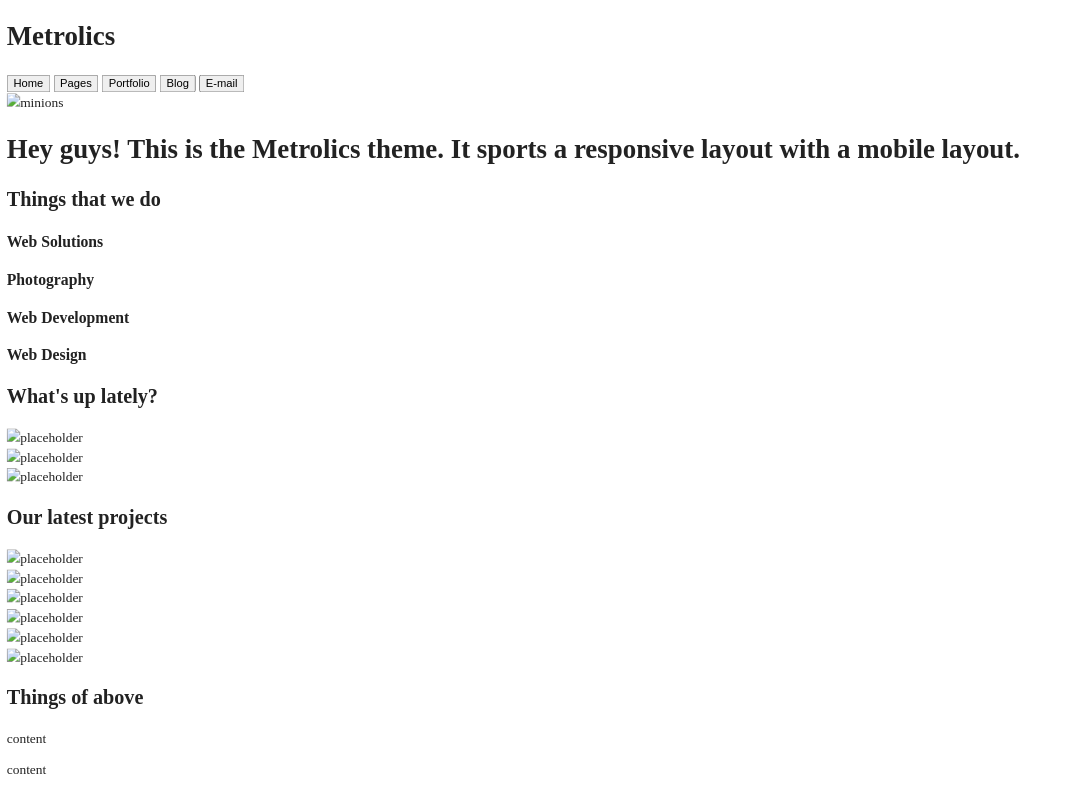
Repository: alemunden/HTML-Structure-and-Git
Page: index.html
An editor plug-in stored every save of this project. The page is shown before and after the next save, followed by the edit.
The browser window is 1280 px wide. The pictures show the whole page, at 84% of full size.

Above is the page before, as saved 2024-01-24 19:47:20.

After the next save:
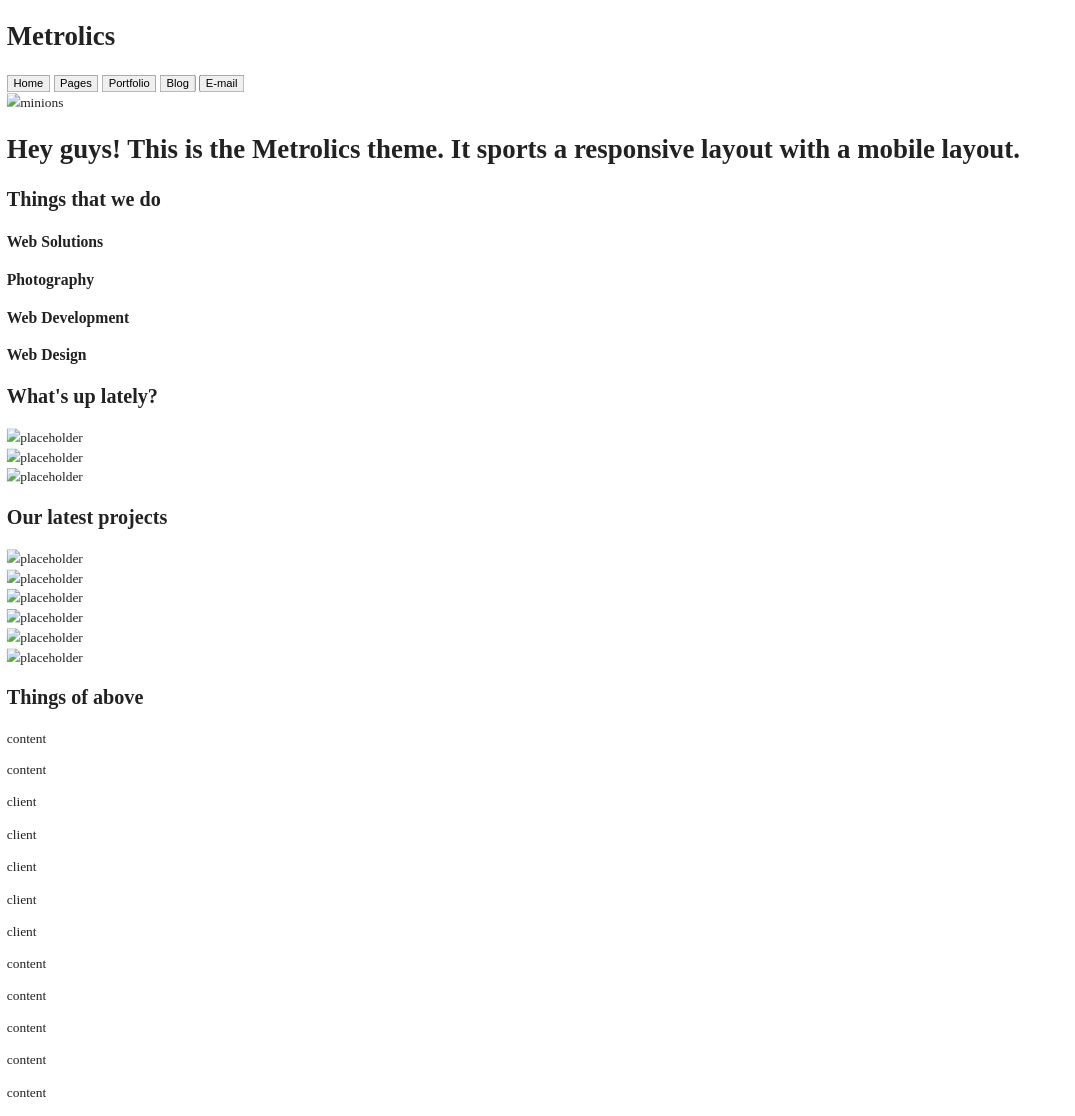
Saved 10 min 22 s later.
--- a/index.html
+++ b/index.html
@@ -74,7 +74,7 @@
   </div>
 
   <div class="section section-news">
-    <div>
+    <div class="inner-container">
       <div class="content-container">
         <h2>What's up lately?</h2>
       </div>
@@ -130,6 +130,48 @@
     </div>
   </div>
 
+  <div class="section section-clients">
+    <div class="inner-container">
+      <div class="content-container">
+        <p>client</p>
+      </div>
+      <div class="content-container">
+        <p>client</p>
+      </div>
+      <div class="content-container">
+        <p>client</p>
+      </div>
+      <div class="content-container">
+        <p>client</p>
+      </div>
+      <div class="content-container">
+        <p>client</p>
+      </div>
+    </div>
+  </div>
+
+  <footer>
+    <div class="page-footer page-footer-home">
+      <div class="inner-container">
+        <div class="content-container">
+          <p>content</p>
+        </div>
+        <div class="content-container">
+          <p>content</p>
+        </div>
+        <div class="content-container">
+          <p>content</p>
+        </div>
+        <div class="content-container">
+          <p>content</p>
+        </div>
+        <div class="content-container">
+          <p>content</p>
+        </div>
+      </div>
+    </div>
+  </footer>
+
   <script src="js/app.js"></script>
 </body>
 
